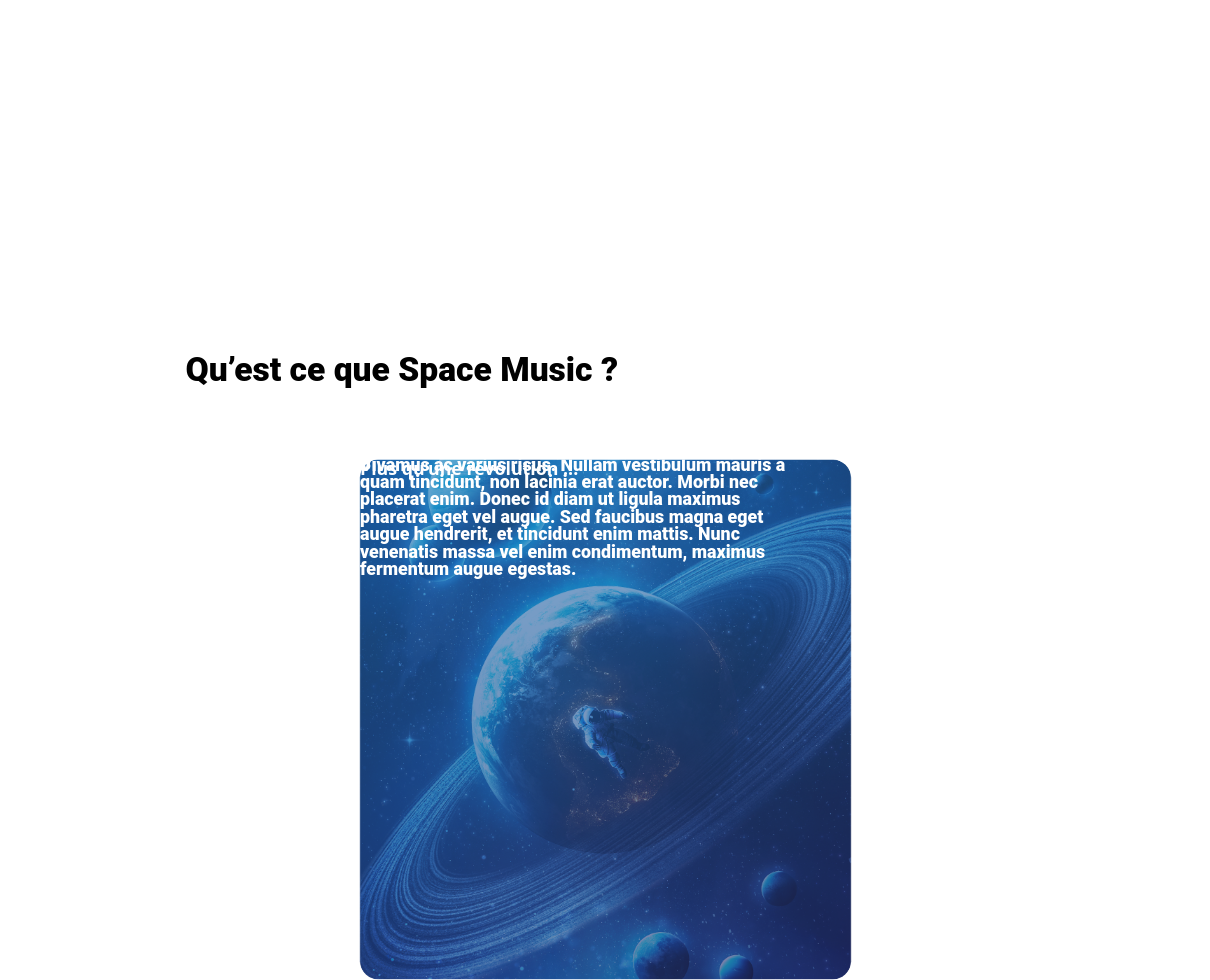
Repository: karalyh/landing-experts
Page: /
The author's editor kept a copy of each file at every save. The page is drawn from the files as they stood at one save, then again after the next save.
The browser window is 1280 px wide. The page is 1729 px wide, so the pictures cover 1729 px, including what lies to the right of the window. The pictures show the part of the page from y = 1628 to 3028 px (the page is 3028 px tall), at 70% of full size.
The project was rebuilt for these pictures with package versions that can differ from the ones it lists, and the page was loaded fresh each time. The framework's server and built-in components were replaced by stand-ins that run in the browser. Also part of the build but not shown: next.config.js, public/css/circles-animations.css, public/css/devices-view.css.

Above is the page before, as saved 2022-09-23 11:08:26.

After the next save:
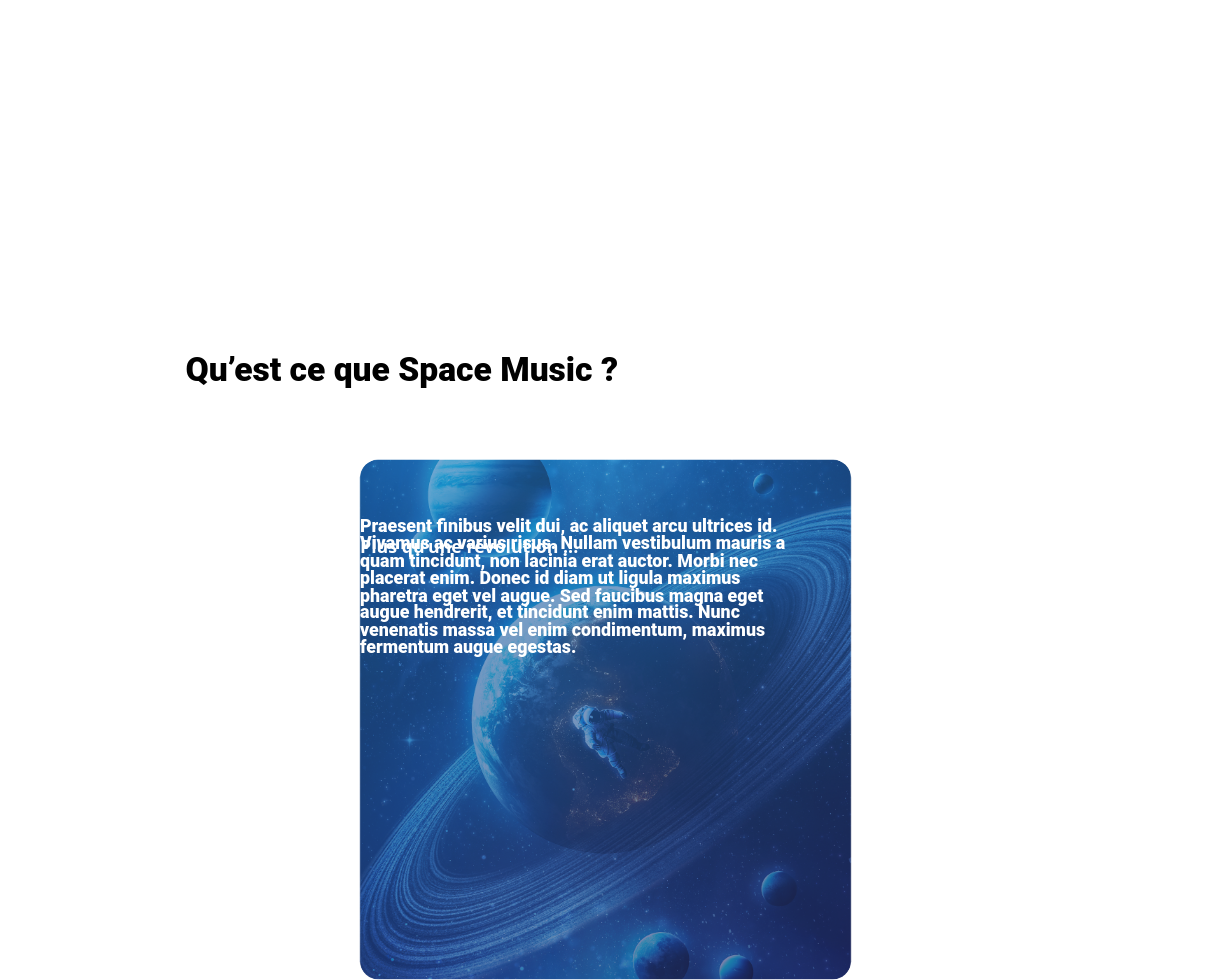
Saved 27 s later.
--- a/components/Section2.tsx
+++ b/components/Section2.tsx
@@ -18,7 +18,7 @@ export default function Section2() {
                     {/* block du milieu */}
                     <div className="absolute w-[701.5px] h-[742.7px] left-[513.25px] top-0 bg-[url('/images/Rectangle-2.png')] rounded-[26.1767px]">
                         {/** on met le texte dans un bloc */}
-                        <div className="w-[614.9px] h-[306.42px] top-[386.6px] left-[545.3px] gap-[31.76px] flex flex-col">
+                        <div className="w-[614.9px] h-[306.42px] top-[386.6px] left-[545.3px] gap-[31.76px] flex flex-col justify-center ">
                             <h1 className="w-[614.9px] h-[25px] font-serif-[roboto] font-black text-[25.4118px] leading-[98.69%] items-center flex text-white">Plus qu’une révolution ...</h1>
                         <p className="
                         w-[614.9px] h-[25px] font-[roboto] font-black text-[25.4118px]
